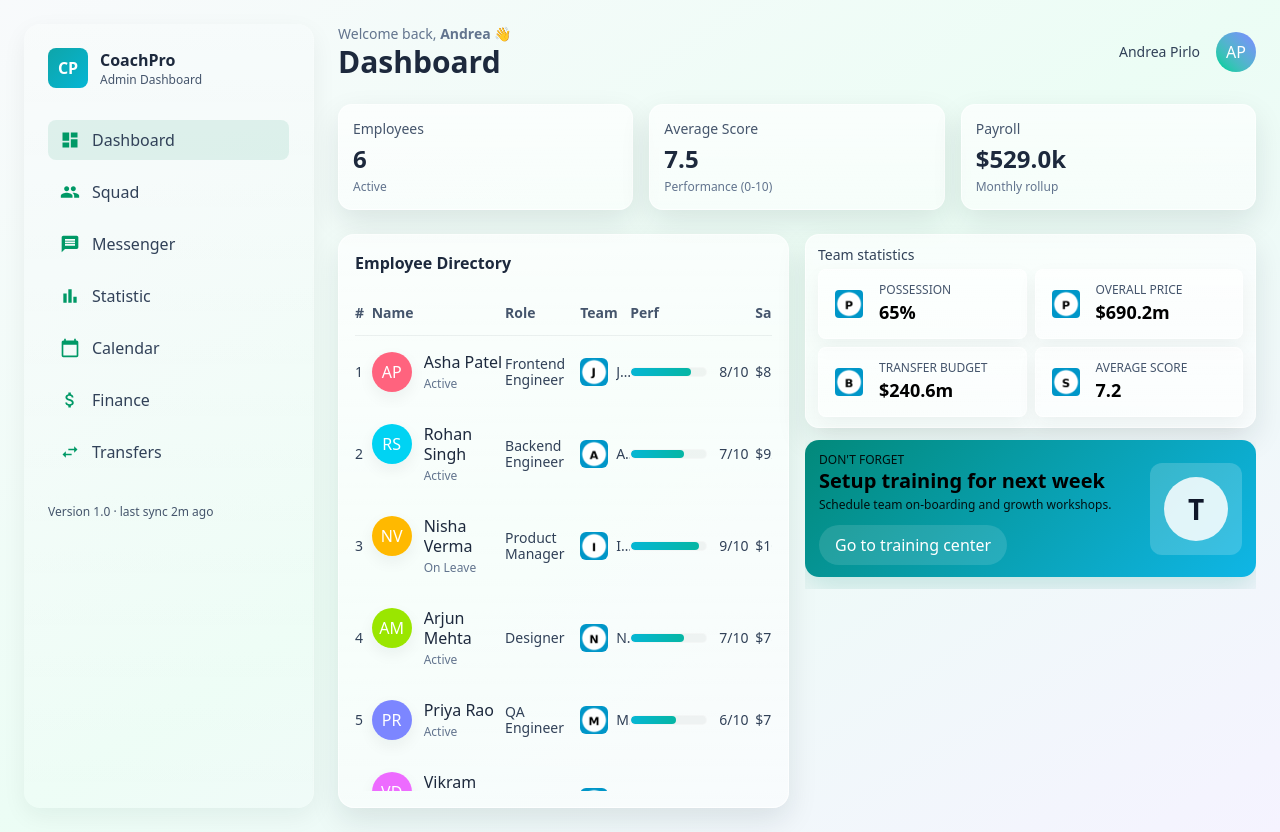
Repository: Khushichugh14/crm-dashboard
Page: /
These files come from the project's save history. The page is drawn as it stood at one moment and after a run of saves; the edit follows.
The browser window is 1280 px wide. The pictures show the whole page.
The project was rebuilt for these pictures with package versions that can differ from the ones it lists, and the page was loaded fresh each time. Also part of the build but not shown: vite.config.ts.

Above is the page before, as saved 2025-12-12 11:28:56.

### src/main.tsx
import { createRoot } from 'react-dom/client'
import './index.css'
import App from './App.tsx'
import React from 'react'

createRoot(document.getElementById('root')!).render(
  <React.StrictMode>
    <App />
  </React.StrictMode>,
)

### src/index.css
@import "tailwindcss";

body {
  @apply bg-gradient-to-br from-slate-50 via-emerald-50 to-violet-50;
  font-family: Inter, ui-sans-serif, system-ui, -apple-system, "Segoe UI", Roboto, "Helvetica Neue", Arial;
}

### src/App.tsx
import React from "react";
import Dashboard from "./pages/Dashboard";

function App() {
  return <Dashboard/>;
}

export default App;

### src/pages/Dashboard.tsx
// src/pages/Dashboard.tsx
import React, { useMemo, useState, type JSX } from "react";
import Sidebar from "../components/Sidebar";
import MiniCard from "../components/MiniCard";
import EmployeeTable from "../components/EmployeeTable";
import { sampleEmployees } from "../data/sampleEmployees";
import possessionIcon from "../assets/icons/possession.png";
import priceIcon from "../assets/icons/price.png";
import budgetIcon from "../assets/icons/budget.png";
import scoreIcon from "../assets/icons/score.png";


const THEME = {
  cardBg: "linear-gradient(180deg, rgba(255,255,255,0.66), rgba(255,255,255,0.52))",
  cardBorder: "rgba(255,255,255,0.65)",
  glassShadow: "0 12px 30px rgba(14,30,37,0.10)",
  cardRadius: 14,
};

export default function Dashboard(): JSX.Element {
  const [employees, setEmployees] = useState(sampleEmployees);
  const totalSalary = useMemo(() => employees.reduce((s, e) => s + e.salary, 0), [employees]);
  const avgPerf = useMemo(
    () => (employees.reduce((s, e) => s + e.performance, 0) / Math.max(1, employees.length)).toFixed(1),
    [employees]
  );


  function onEdit(e: any) {

    console.log("edit", e);
  }
  function onDelete(id: string) {

    setEmployees(prev => prev.filter(p => p.id !== id));
  }

  return (
    <div className="min-h-screen p-6 bg-gradient-to-br from-slate-50 via-emerald-50 to-violet-50 font-sans">
      <div className="max-w-[1300px] mx-auto grid grid-cols-12 gap-6">
        {/* Sidebar */}
        <aside className="col-span-3">
          <Sidebar />
        </aside>

        {/* Main area */}
        <main className="col-span-9">
          {/* Header */}
          <header className="flex items-center justify-between mb-6">
            <div>
              <div className="text-slate-500 text-sm">
                Welcome back, <span className="font-semibold">Andrea</span> 👋
              </div>
              <h1 className="text-3xl font-extrabold text-slate-800">Dashboard</h1>
            </div>

            <div className="flex items-center gap-4">
              <div className="text-sm text-slate-700">Andrea Pirlo</div>
              <div className="h-10 w-10 rounded-full bg-gradient-to-tr from-emerald-400 to-indigo-400 text-white flex items-center justify-center">
                AP
              </div>
            </div>
          </header>


          <section className="grid grid-cols-3 gap-4 my-6">
            <div
              style={{
                background: THEME.cardBg,
                border: `1px solid ${THEME.cardBorder}`,
                borderRadius: THEME.cardRadius,
                boxShadow: THEME.glassShadow,
                padding: 14,
              }}
            >
              <div className="text-sm text-slate-600">Employees</div>
              <div className="text-2xl font-bold text-slate-800 mt-1">{employees.length}</div>
              <div className="text-xs text-slate-500 mt-1">Active</div>
            </div>

            <div
              style={{
                background: THEME.cardBg,
                border: `1px solid ${THEME.cardBorder}`,
                borderRadius: THEME.cardRadius,
                boxShadow: THEME.glassShadow,
                padding: 14,
              }}
            >
              <div className="text-sm text-slate-600">Average Score</div>
              <div className="text-2xl font-bold text-slate-800 mt-1">{avgPerf}</div>
              <div className="text-xs text-slate-500 mt-1">Performance (0-10)</div>
            </div>

            <div
              style={{
                background: THEME.cardBg,
                border: `1px solid ${THEME.cardBorder}`,
                borderRadius: THEME.cardRadius,
                boxShadow: THEME.glassShadow,
                padding: 14,
              }}
            >
              <div className="text-sm text-slate-600">Payroll</div>
              <div className="text-2xl font-bold text-slate-800 mt-1">${(totalSalary / 1000).toFixed(1)}k</div>
              <div className="text-xs text-slate-500 mt-1">Monthly rollup</div>
            </div>
          </section>

          {/* Main content columns: Left = Employee Directory, Right = Team stats + Banner */}
          <section className="grid grid-cols-2 gap-4">
            {/* LEFT: employee directory (scrollable) */}
            <div
              className="rounded-2xl p-4"
              style={{
                background: THEME.cardBg,
                border: `1px solid ${THEME.cardBorder}`,
                boxShadow: THEME.glassShadow,
              }}
            >
              <div className="flex items-center justify-between mb-4">
                <h2 className="font-semibold text-slate-800">Employee Directory</h2>
              </div>

              <div className="overflow-auto" style={{ maxHeight: "calc(100vh - 220px)" }}>
                <EmployeeTable employees={employees} onEdit={onEdit} onDelete={onDelete} />
              </div>
            </div>

            <div style={{ position: "relative" }}>
              <div style={{ position: "sticky", top: 24 }}>
                <div
                  style={{
                    background: THEME.cardBg,
                    border: `1px solid ${THEME.cardBorder}`,
                    borderRadius: THEME.cardRadius,
                    boxShadow: THEME.glassShadow,
                    padding: "10px 12px",
                    marginBottom: 12,
                  }}
                >
                  <h3 className="font-medium text-slate-700 mb-1 text-sm">Team statistics</h3>

                  <div className="grid grid-cols-2 gap-2">
                    <MiniCard label="POSSESSION" value="65%" icon={possessionIcon} />
                    <MiniCard label="OVERALL PRICE" value="$690.2m" icon={priceIcon} />
                    <MiniCard label="TRANSFER BUDGET" value="$240.6m" icon={budgetIcon} />
                    <MiniCard label="AVERAGE SCORE" value="7.2" icon={scoreIcon} />
                  </div>
                </div>

                <div style={{ maxHeight: 410, overflow: "hidden" }}>
                  <div
                    style={{
                      background: "linear-gradient(135deg,#02897a,#0fb6e6)",
                      borderRadius: 14,
                      padding: "12px 14px",
                      display: "flex",
                      alignItems: "center",
                      gap: 14,
                      boxShadow: "0 12px 28px rgba(2,137,122,0.18)",
                      minHeight: 130,
                    }}
                  >
                    <div style={{ flex: 1 }}>
                      <div className="text-xs opacity-90">DON'T FORGET</div>
                      <h3 className="text-xl font-bold leading-tight">Setup training for next week</h3>
                      <p className="mt-1 text-xs opacity-90">Schedule team on-boarding and growth workshops.</p>
                      <button
                        className="mt-3 px-4 py-2 rounded-full text-white"
                        style={{ background: "rgba(255,255,255,0.12)" }}
                      >
                        Go to training center
                      </button>
                    </div>

                    <div style={{ width: 92, flexShrink: 0 }}>

                      <div
                        style={{
                          width: 92,
                          height: 92,
                          borderRadius: 12,
                          background: "rgba(255,255,255,0.18)",
                          display: "flex",
                          alignItems: "center",
                          justifyContent: "center",
                        }}
                      >
                        <div
                          style={{
                            width: 64,
                            height: 64,
                            borderRadius: "50%",
                            background: "rgba(255,255,255,0.85)",
                            display: "flex",
                            alignItems: "center",
                            justifyContent: "center",
                            color: "#0f172a",
                            fontWeight: 700,
                            fontSize: 28,
                          }}
                        >
                          T
                        </div>
                      </div>
                    </div>
                  </div>

                  <div style={{ height: 12 }} />

                </div>
              </div>
            </div>
          </section>
        </main>
      </div>
    </div>
  );
}

### src/components/Sidebar.tsx
import React from "react";
import { MdDashboard, MdPeople, MdMessage, MdBarChart, MdCalendarToday, MdAttachMoney, MdSwapHoriz } from "react-icons/md";

export default function Sidebar() {
  const menu = [
    { label: "Dashboard", icon: <MdDashboard size={20} /> },
    { label: "Squad", icon: <MdPeople size={20} /> },
    { label: "Messenger", icon: <MdMessage size={20} /> },
    { label: "Statistic", icon: <MdBarChart size={20} /> },
    { label: "Calendar", icon: <MdCalendarToday size={20} /> },
    { label: "Finance", icon: <MdAttachMoney size={20} /> },
    { label: "Transfers", icon: <MdSwapHoriz size={20} /> },
  ];

  return (
    <div
      className="h-full rounded-2xl p-6"
      style={{
        background: "linear-gradient(180deg, rgba(255,255,255,0.18), rgba(255,255,255,0.12))",
        borderRight: "1px solid rgba(255,255,255,0.22)",
        boxShadow: "0 8px 24px rgba(14,30,37,0.06)",
      }}
    >
      <div className="flex items-center gap-3 mb-8">
        <div className="h-10 w-10 rounded-lg flex items-center justify-center text-white font-bold"
             style={{ background: "linear-gradient(135deg,#0ea5a9,#06b6d4)" }}>
          CP
        </div>
        <div>
          <div className="text-slate-800 font-semibold">CoachPro</div>
          <div className="text-xs text-slate-600">Admin Dashboard</div>
        </div>
      </div>

      <nav className="flex flex-col gap-3">
        {menu.map((it, idx) => (
          <button key={it.label}
            className={`flex items-center gap-3 py-2 px-3 rounded-lg transition-all duration-150 text-slate-700 hover:bg-white/10 ${idx===0 ? "bg-emerald-600/10 text-emerald-700" : ""}`}>
            <span className="text-emerald-600">{it.icon}</span>
            <span>{it.label}</span>
          </button>
        ))}
      </nav>

      <div className="mt-8 text-xs text-slate-600">Version 1.0 · last sync 2m ago</div>
    </div>
  );
}

### src/components/MiniCard.tsx
import React from "react";

export default function MiniCard({ label, value, icon }: { label: string; value: string; icon?: string; }) {
  return (
    <div
      className="rounded-lg p-3 flex items-center gap-3"
      style={{
        background: "linear-gradient(180deg, rgba(255,255,255,0.60), rgba(255,255,255,0.48))",
        border: `1px solid rgba(255,255,255,0.6)`,
        boxShadow: "0 8px 20px rgba(14,30,37,0.05)",
      }}
    >
      {icon && <img src={icon} alt={label} className="h-9 w-9 p-1 rounded-lg" />}
      <div>
        <div className="text-xs text-slate-600">{label}</div>
        <div className="font-semibold text-lg">{value}</div>
      </div>
    </div>
  );
}

### src/components/EmployeeTable.tsx
import React from "react";
import type { Employee } from "../types/employee";

type Props = {
  employees: Employee[];
  onEdit: (e: Employee) => void;
  onDelete: (id: string) => void;
};

export default function EmployeeTable({ employees,  }: Props) {
  return (
    <div className="table-root">
      <table className="table-fixed w-full" style={{ borderCollapse: "collapse" }}>
        <colgroup>
          <col style={{ width: "4%" }} />
          <col style={{ width: "32%" }} />
          <col style={{ width: "18%" }} />
          <col style={{ width: "12%" }} />
          <col style={{ width: "30%" }} />
          <col style={{ width: "4%" }} />
        </colgroup>

        <thead>
          <tr className="text-sm text-slate-600" style={{ borderBottom: "1px solid rgba(14,30,37,0.06)" }}>
            <th className="py-3 text-left">#</th>
            <th className="py-3 text-left">Name</th>
            <th className="py-3 text-left">Role</th>
            <th className="py-3 text-left">Team</th>
            <th className="py-3 text-left">Perf</th>
            <th className="py-3 text-right">Salary</th>
          </tr>
        </thead>

        <tbody>
          {employees.map((e, i) => (
            <tr key={e.id} className="align-top odd:bg-white/5 even:bg-transparent">
              <td className="py-4 text-sm text-slate-700 align-middle">{i + 1}</td>

              {/* {Avatar} */}
              <td className="py-4 align-middle">
                <div className="flex items-start gap-3">

                  <div
                    className="flex-shrink-0 rounded-full h-10 w-10 flex items-center justify-center text-white font-medium"
                    style={{
                      boxShadow: "0 6px 16px rgba(14,30,37,0.06)",

                    }}
                  >
                    {/* show initials */}
                    <div className={`${e.avatarColor ?? "bg-slate-400"} h-10 w-10 rounded-full flex items-center justify-center text-white font-medium`}>
                      {e.name.split(" ").map(n => n[0]).slice(0, 2).join("")}
                    </div>
                  </div>

                  {/* name and subtitle stacked */}
                  <div style={{ minWidth: 0 }}>
                    <div className="font-medium text-slate-800 leading-tight">

                      <div style={{ whiteSpace: "normal", overflow: "hidden", textOverflow: "ellipsis" }}>
                        {e.name}
                      </div>
                    </div>
                    <div className="text-xs text-slate-500 mt-1">{e.status}</div>
                  </div>
                </div>
              </td>

              {/* Role */}
              <td className="py-4 text-sm text-slate-700 align-middle" style={{ whiteSpace: "normal" }}>

                <div style={{ lineHeight: 1.15 }}>
                  {e.role}
                </div>
              </td>

              {/* Team (logo + name) */}
              <td className="py-4 text-sm text-slate-700 align-middle">
                <div className="flex items-center gap-2">
                  {e.teamLogo && (
                    <img src={e.teamLogo} alt={e.team} className="h-7 w-7 rounded-md object-contain flex-shrink-0" />
                  )}
                  <span style={{ whiteSpace: "nowrap", overflow: "hidden", textOverflow: "ellipsis" }}>{e.team}</span>
                </div>
              </td>


              <td className="py-4 align-middle">
                <div style={{ display: "flex", alignItems: "center", gap: 12 }}>
                  <div style={{
                    flex: 1,
                    height: 10,
                    background: "rgba(0,0,0,0.04)",
                    borderRadius: 999,
                    overflow: "hidden",
                    border: "1px solid rgba(255,255,255,0.35)"
                  }}>
                    <div style={{
                      width: `${(e.performance / 10) * 100}%`,
                      height: "100%",
                      background: "linear-gradient(90deg,#06b6d4,#06b6a4)",
                      borderRadius: 999,
                      transition: "width 300ms ease"
                    }} />
                  </div>


                  <div style={{ minWidth: 36 }} className="text-sm text-slate-700">
                    {e.performance}/10
                  </div>
                </div>
              </td>


              <td className="py-4 text-sm text-slate-700 text-right align-middle">
                ${e.salary.toLocaleString()}
              </td>
            </tr>
          ))}
        </tbody>
      </table>

      {employees.length === 0 && <div className="p-4 text-sm text-slate-600">No employees found.</div>}
    </div>
  );
}

### src/data/sampleEmployees.ts
import type { Employee } from "../types/employee";
import juveLogo from "../assets/teams/juventus.png";
import atalantaLogo from "../assets/teams/atalanta.png";
import interLogo from "../assets/teams/inter.png";
import napoliLogo from "../assets/teams/napoli.png";
import milanLogo from "../assets/teams/milan.png";
import romaLogo from "../assets/teams/roma.png";

export const sampleEmployees: Employee[] = [
  { id: "e1", name: "Asha Patel", role: "Frontend Engineer", team: "Juventus", teamLogo: juveLogo, avatarColor: "bg-rose-400", salary: 85000, performance: 8, status: "Active" },
  { id: "e2", name: "Rohan Singh", role: "Backend Engineer", team: "Atalanta", teamLogo: atalantaLogo, avatarColor: "bg-cyan-400", salary: 92000, performance: 7, status: "Active" },
  { id: "e3", name: "Nisha Verma", role: "Product Manager", team: "Inter", teamLogo: interLogo, avatarColor: "bg-amber-400", salary: 105000, performance: 9, status: "On Leave" },
  { id: "e4", name: "Arjun Mehta", role: "Designer", team: "Napoli", teamLogo: napoliLogo, avatarColor: "bg-lime-400", salary: 78000, performance: 7, status: "Active" },
  { id: "e5", name: "Priya Rao", role: "QA Engineer", team: "Milan", teamLogo: milanLogo, avatarColor: "bg-indigo-400", salary: 71000, performance: 6, status: "Active" },
  { id: "e6", name: "Vikram Das", role: "DevOps", team: "Roma", teamLogo: romaLogo, avatarColor: "bg-fuchsia-400", salary: 98000, performance: 8, status: "Active" },
];

After the next 5 saves:
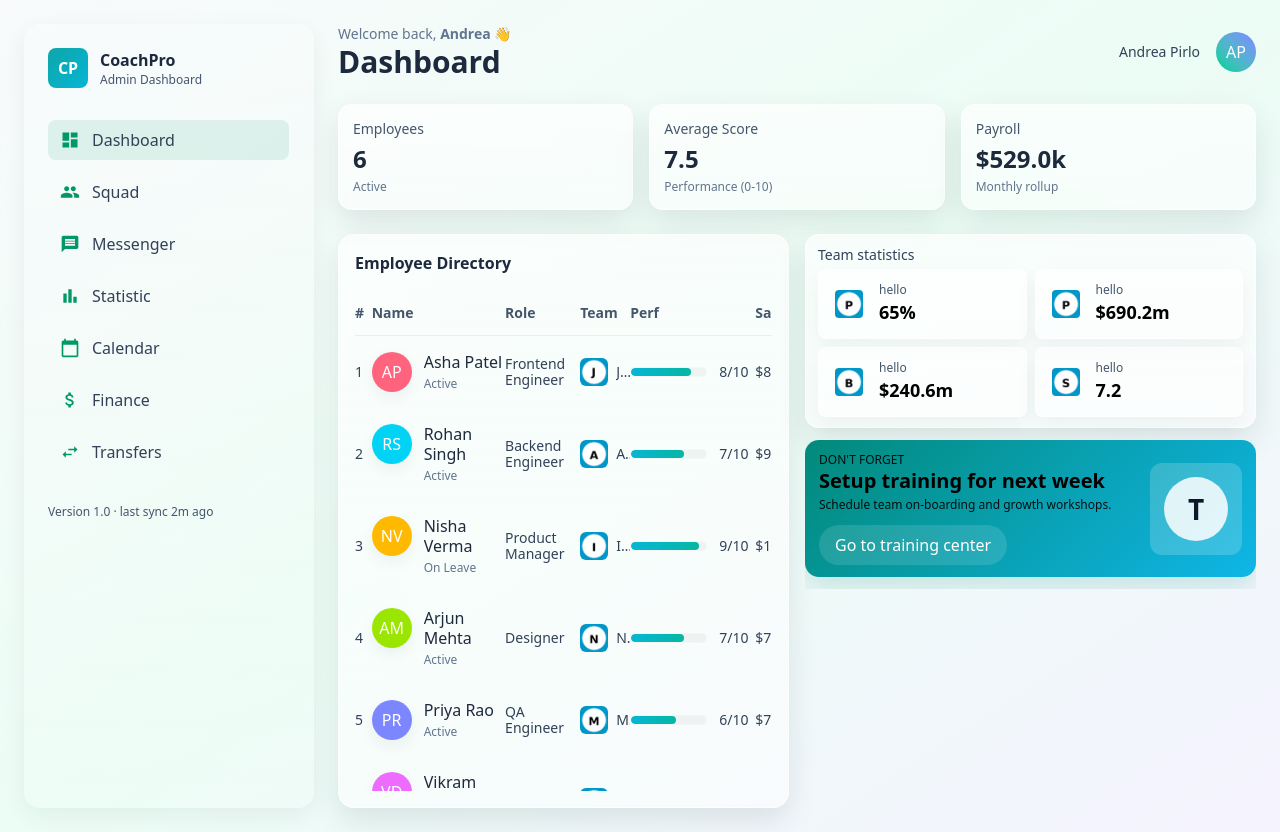
The 5 saves are shown as one change because they came seconds apart.
The last was saved 36 s later.
--- a/src/components/MiniCard.tsx
+++ b/src/components/MiniCard.tsx
@@ -12,7 +12,7 @@
     >
       {icon && <img src={icon} alt={label} className="h-9 w-9 p-1 rounded-lg" />}
       <div>
-        <div className="text-xs text-slate-600">{label}</div>
+        <div className="text-xs text-slate-600">hello</div>
         <div className="font-semibold text-lg">{value}</div>
       </div>
     </div>

After the save that followed:
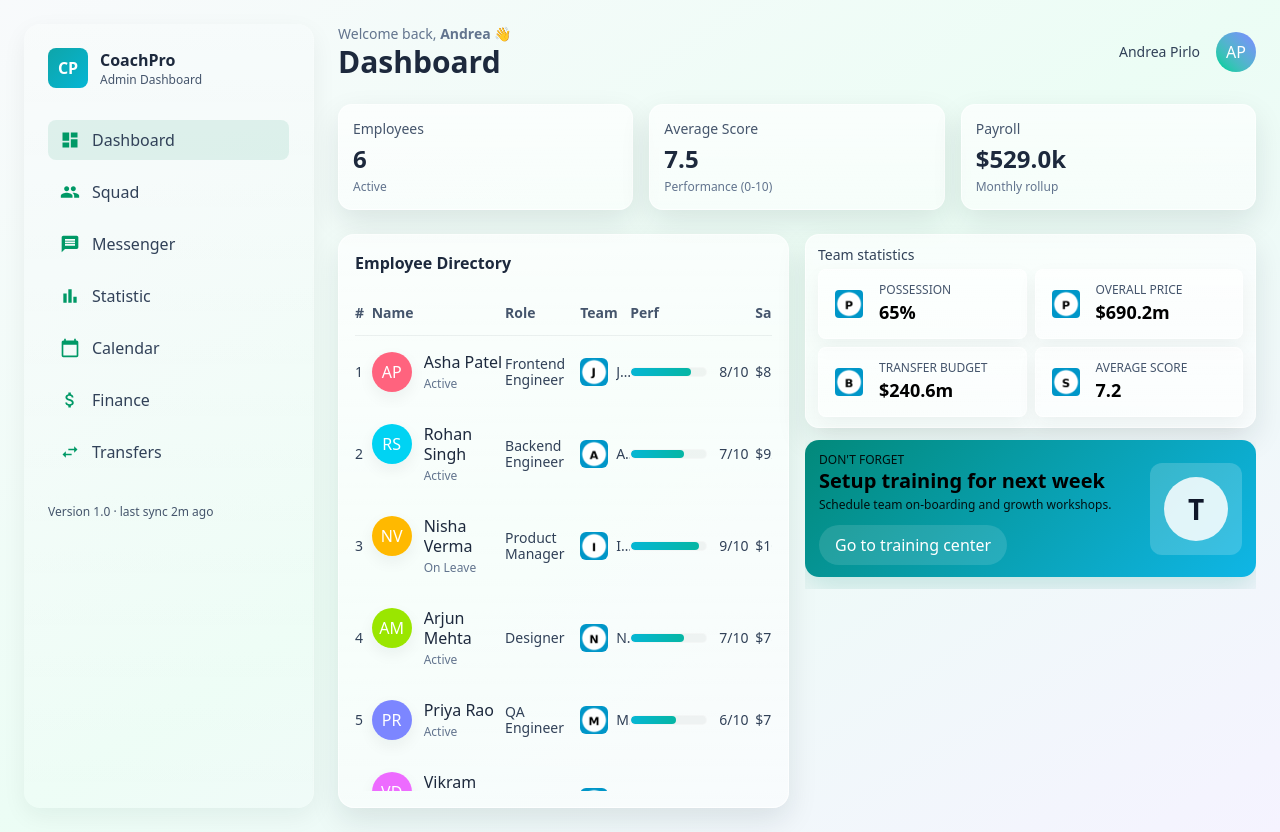
Saved 11 s later.
--- a/src/components/MiniCard.tsx
+++ b/src/components/MiniCard.tsx
@@ -12,7 +12,7 @@
     >
       {icon && <img src={icon} alt={label} className="h-9 w-9 p-1 rounded-lg" />}
       <div>
-        <div className="text-xs text-slate-600">hello</div>
+        <div className="text-xs text-slate-600">{label}</div>
         <div className="font-semibold text-lg">{value}</div>
       </div>
     </div>
